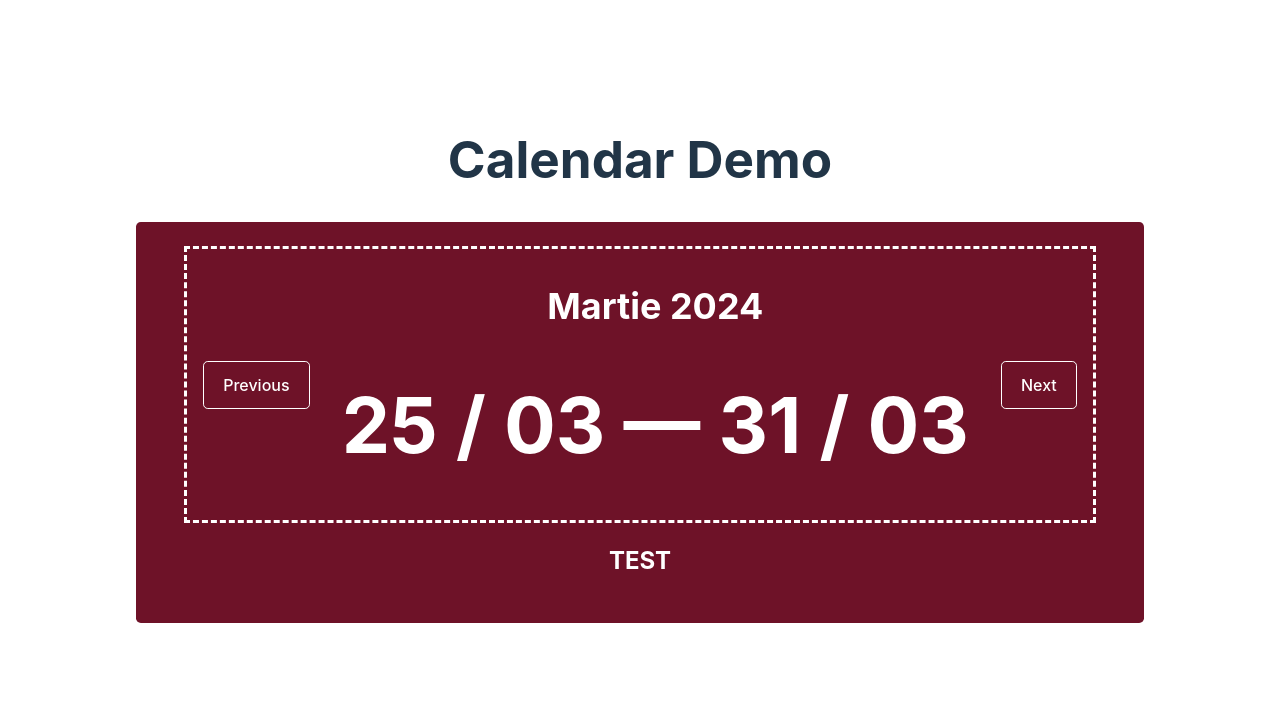
Repository: Maryie-B/weekly-calendar-scheduler
Page: /
The author's editor kept a copy of each file at every save. The page is drawn from the files as they stood at one save, then again after the next save.
The browser window is 1280 px wide. The pictures show the whole page.
The project was rebuilt for these pictures with package versions that can differ from the ones it lists, and the page was loaded fresh each time. Also part of the build but not shown: vite.config.js.

Above is the page before, as saved 2024-03-26 15:02:23.

### src/App.jsx
import './App.css'
import CalendarHeader from './CalendarHeader'
import CalendarDays from './CalendarDays'

function App() {

  return (
    <>
      <h1>Calendar Demo</h1>
      <div className='calendar-wrapper'>

        <CalendarHeader />
        <CalendarDays />
      </div>
    </>
  )
}

export default App

### src/App.css
#root {
  max-width: 1280px;
  margin: 0 auto;
  padding: 2rem;
  text-align: center;
}

.calendar-wrapper {
  background-color: rgb(110, 18, 40);
  color: white;
  padding: 1.5rem 3rem;
  border-radius: 0.3rem;
}

.calendar-header {
  display: flex;
  flex-direction: row;
  border-color: white;
  border-style: dashed;
  align-items: center;
  justify-content: center;
}


.calendar-button {
  background-color: rgba(0, 0, 0, 0);
  height: 3rem;
  align-items: center;
  justify-content: center;
  border-color: white;
  border-radius: 0.3rem;
  color: white;
  font-size: 1rem;
  margin: 1rem;
}

.calendar-text {
  font-size: 1.5rem;
  padding: 0rem 1rem;
}

### src/CalendarHeader.jsx
import { useState, useEffect } from "react";

const CalendarHeader = () => {
  const [currentWeekStart, setCurrentWeekStart] = useState(() => {
      const now = new Date();
      const currentDay = now.getDay();
      const untilMonday = currentDay === 0 ? 6 : currentDay - 1;
      now.setDate(now.getDate() - untilMonday);
      return now;
  });

  const [currentWeekEnd, setCurrentWeekEnd] = useState(() => {
    const end = new Date(currentWeekStart);
    end.setDate(currentWeekStart.getDate() + 6);
    return end;
  });

  useEffect(() => {
    const end = new Date(currentWeekStart);
    end.setDate(currentWeekStart.getDate() + 6);
    console.log(end, '- from useEffect');
    setCurrentWeekEnd(end);
  }, [currentWeekStart]);

  const handleGoToPreviousWeek = () => {
    setCurrentWeekStart((prevDate) => {
        const newDate = new Date(prevDate);
        newDate.setDate(newDate.getDate() - 7);
        console.log(newDate, '-- from handleGoToPrevWeek');
        return newDate;
    });
  };

  const handleGoToNextWeek = () => {
    setCurrentWeekStart((prevDate) => {
        const newDate = new Date(prevDate);
        newDate.setDate(newDate.getDate() + 7);
        console.log(newDate, '-from handle NEXTdate');
        return newDate;
    });
  };

  const startMonth = currentWeekStart.getMonth();
  const endMonth = currentWeekEnd.getMonth();
  const startYear = currentWeekStart.getFullYear();
  const endYear = currentWeekEnd.getFullYear();

  const monthsNames = ['Ianuarie', 'Februarie', 'Martie', 'Aprilie',
                        'Mai', 'Iunie', 'Iulie', 'August', 'Septembrie', 'Octombrie', 'Noiembrie', 'Decembrie'];

  let calendarHeader = `${monthsNames[startMonth]} ${startYear}`;
  if (startMonth !== endMonth || startYear !== endYear) {
    calendarHeader += ` — ${monthsNames[endMonth]} ${endYear} `
  }

  let weekStartMonthNumber = currentWeekStart.getMonth() + 1;
  let weekEndMonthNumber = currentWeekEnd.getMonth() + 1;

  weekStartMonthNumber = weekStartMonthNumber < 10 ? `0${weekStartMonthNumber}` : weekStartMonthNumber;
  weekEndMonthNumber = weekEndMonthNumber < 10 ? `0${weekEndMonthNumber}` : weekEndMonthNumber;

  const datesRange = `${currentWeekStart.getDate()} / ${weekStartMonthNumber} — ${currentWeekEnd.getDate()} / ${weekEndMonthNumber}`;

  return (
    <div className="calendar-header">
        <button className='calendar-button' onClick={handleGoToPreviousWeek}>Previous</button>
        <div className="calendar-text">
        <h2>{calendarHeader}</h2>
        <h1>{datesRange}</h1>
        </div>
        <button className='calendar-button' onClick={handleGoToNextWeek}>Next</button>
    </div>
  )
}

export default CalendarHeader;

### src/CalendarDays.jsx
import { useState } from "react"

const CalendarDays = () => {
  const weekDays = ['Luni', 'Marți', 'Miercuri', 'Joi', 'Vineri', 'Sâmbătă', 'Duminică']

  return (
    <div>
      {weekDays.map((index) => {
        return (
        <div className="days-header" key={index}>
           <h3>{weekDays[index]}</h3>
        </div>
        )
      })}
      <h2>TEST</h2>
    </div>
  )
}

export default CalendarDays

Loaded but not shown: index.html (common file); src/main.jsx (common file); src/index.css (common file)

After the next save:
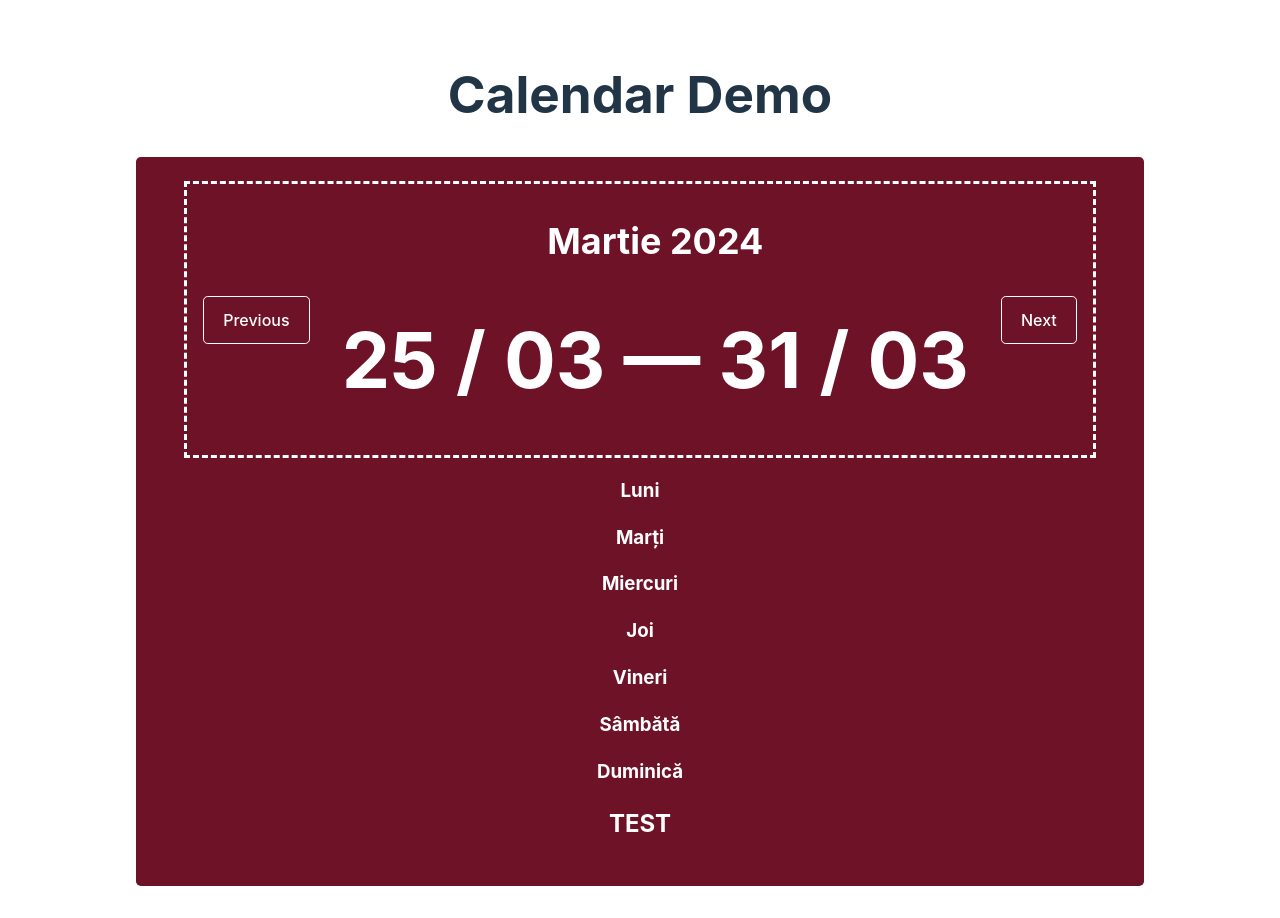
Saved 14 s later.
--- a/src/CalendarDays.jsx
+++ b/src/CalendarDays.jsx
@@ -5,10 +5,10 @@ const CalendarDays = () => {
 
   return (
     <div>
-      {weekDays.map((index) => {
+      {weekDays.map((day, index) => {
         return (
         <div className="days-header" key={index}>
-           <h3>{weekDays[index]}</h3>
+           <h3>{day}</h3>
         </div>
         )
       })}
